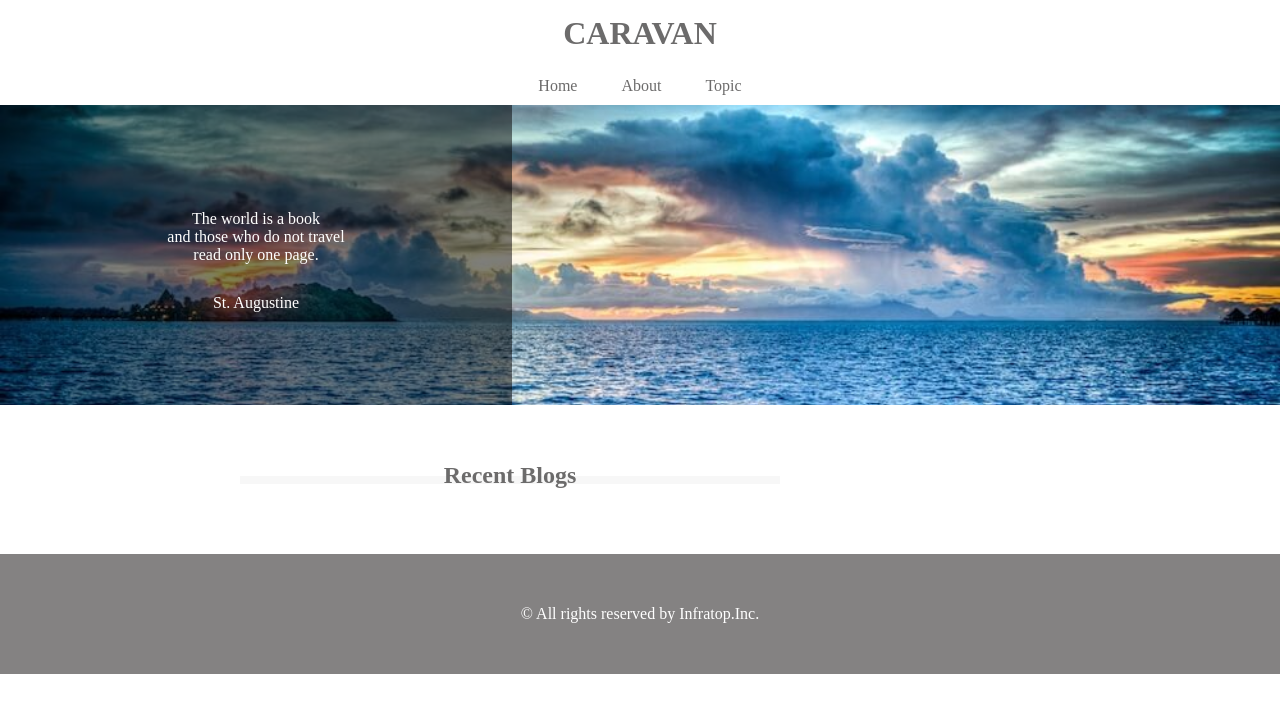
Repository: menyuu/test-html-CSS-practice
Page: caravan/index.html
The author's editor kept a record of every edit. The page is drawn from the files as they stood at one moment, then again after the next edit.
The browser window is 1280 px wide. The pictures show the whole page.

Above is the page before.

### caravan/index.html
<!DOCTYPE html>
<html lang="ja">
<head>
  <meta charset="UTF-8">
  <link rel="stylesheet" href="style.css" />
  <title>CARAVAN</title>
</head>
<body>
  <header>
    <h1 class="heading">
      <a href="index.html">
      CARAVAN
      </a>
    </h1>
  </header>

  <nav>
    <ul class="nav-list">
      <li class="nav-list-item">
        <a href="index.html">Home</a>
      </li>
      <li class="nav-list-item">
        <a href="#">About</a>
      </li>
      <li class="nav-list-item">
        <a href="#">Topic</a>
      </li>
    </ul>
  </nav>

  <div class="main-visual">
    <div class="main-visual-content">
      <p class="main-visual-text">
        The world is a book<br>
        and those who do not travel<br>
        read only one page.
      </p>
      <p class="main-visual-name">
        St. Augustine
      </p>
    </div>
  </div>

  <main>
    <section class="blog">
      <h2 class="blog-heading">Recent Blogs</h2>
    </section>
    <div class="sidebar"></div>
  </main>

  <footer>
    <p class="footer-text">© All rights reserved by Infratop.Inc.</p>
  </footer>
</body>
</html>

### caravan/style.css
* {
 margin: 0;
 padding: 0;
 box-sizing: border-box;
 color: #6c6b6b;
}

a {
 text-decoration: none;
}

header {
width: 90%;
padding: 15px 0;
margin: 0 auto;
text-align: center;
}

header .heading {
 font-size: 32px;
}

.nav-list {
 text-align: center;
 padding: 10px 0;
 margin: 0 auto;
}

.nav-list-item {
 list-style: none;
 display: inline-block;
 margin: 0 20px;
}

.main-visual {
 width: 100%;
 height: 300px;
 background-image: url(img/mv.jpg);
 background-size: cover;
 background-position: center;
}

.main-visual-content {
  width: 40%;
  height: 300px;
  background-color: rgba(0, 0, 0, 0.5);
  text-align: center;
  padding-top: 105px;
}

.main-visual-text {
 color: #fff;
}

.main-visual-name {
 margin-top: 30px;
 color: #fff;
}

main {
 width: 800px;
 display: flex;
 justify-content: center;
 margin: 0 auto;
 padding: 70px 0;
}

.blog {
  width: 540px;
  margin-right: 30px;
}

.blog-heading {
 border-bottom: 8px solid #f7f7f7;
 text-align: center;
 line-height: 0.8px;
}

.sidebar {
  width: 230px
}




footer {
 width: 100%;
 height: 120px;
 text-align: center;
 line-height: 120px;
 background-color: #848282;
}

.footer-text {
 color: #fff;
}

After the next edit:
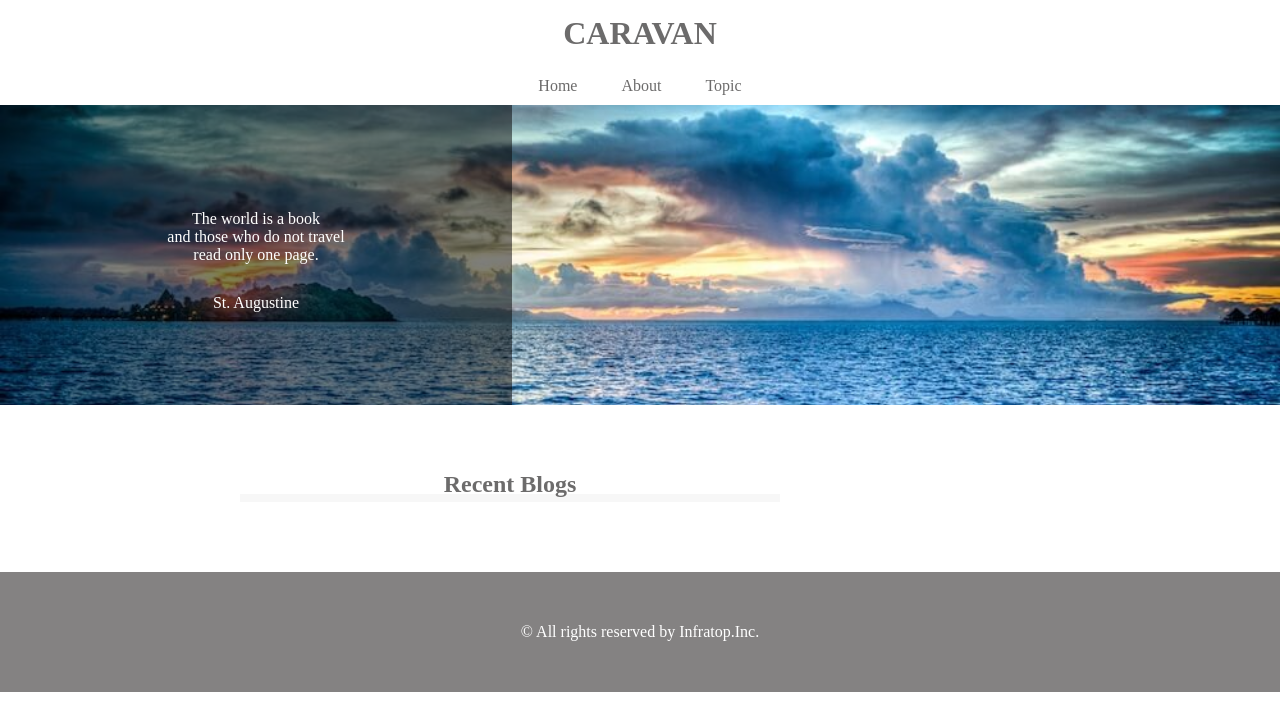
The edit:
--- a/caravan/style.css
+++ b/caravan/style.css
@@ -73,7 +73,7 @@
 .blog-heading {
  border-bottom: 8px solid #f7f7f7;
  text-align: center;
- line-height: 0.8px;
+ line-height: 0.8;
 }
 
 .sidebar {
